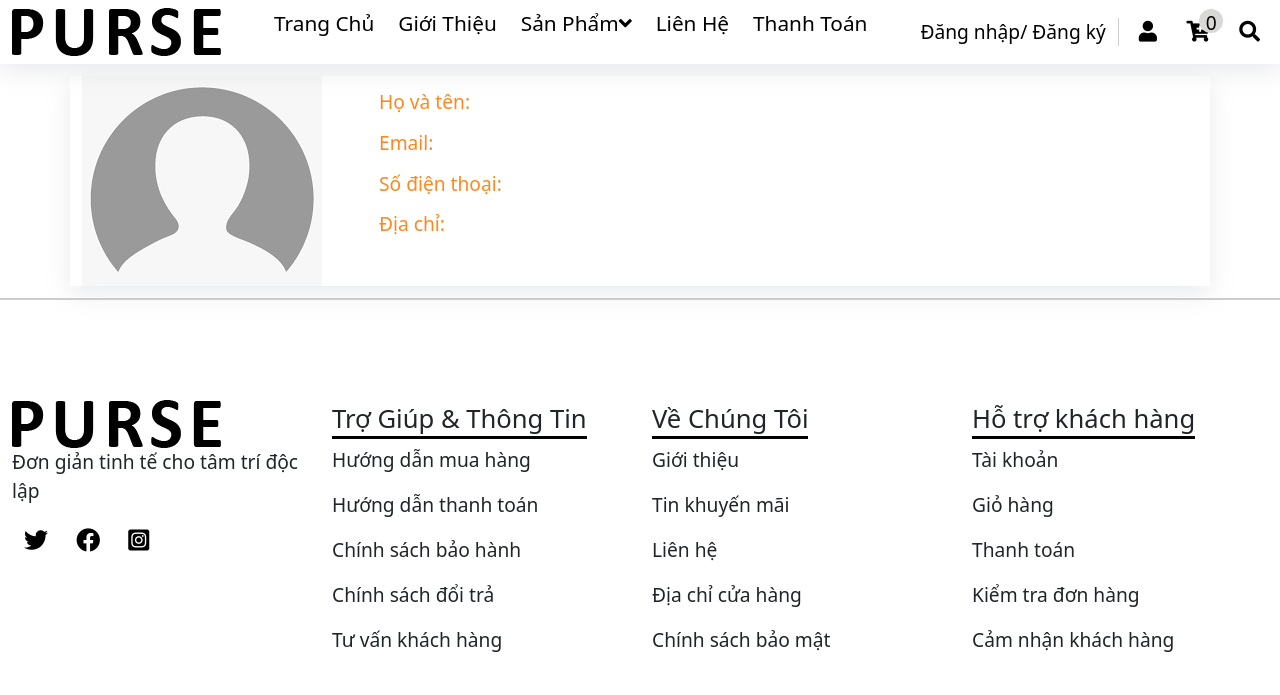
Repository: minh352623/project_firebase
Page: user.html
These files come from the project's save history. The page is drawn as it stood at one moment and after the next save; the edit follows.
The browser window is 1280 px wide. The pictures show the whole page.
Some web libraries are served in a nearby version.

Above is the page before, as saved 2022-05-12 19:36:16.

After the next save:
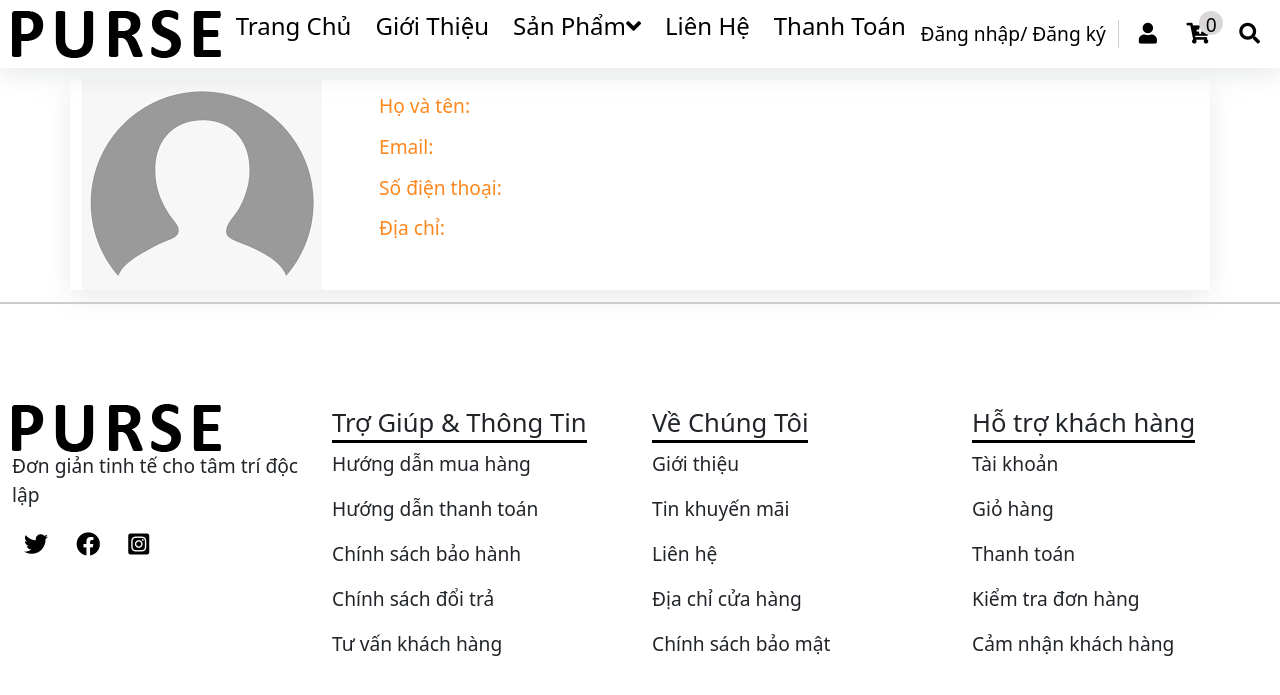
Saved 22 s later.
--- a/assets/css/main.css
+++ b/assets/css/main.css
@@ -30,7 +30,7 @@
 .navbar-link-item{
     text-decoration: none;
     padding: 8px 12px;
-    font-size: 1.3rem;
+    font-size: 1.5rem;
     color: var(--text-color);
 }
 .navbar-icon{
